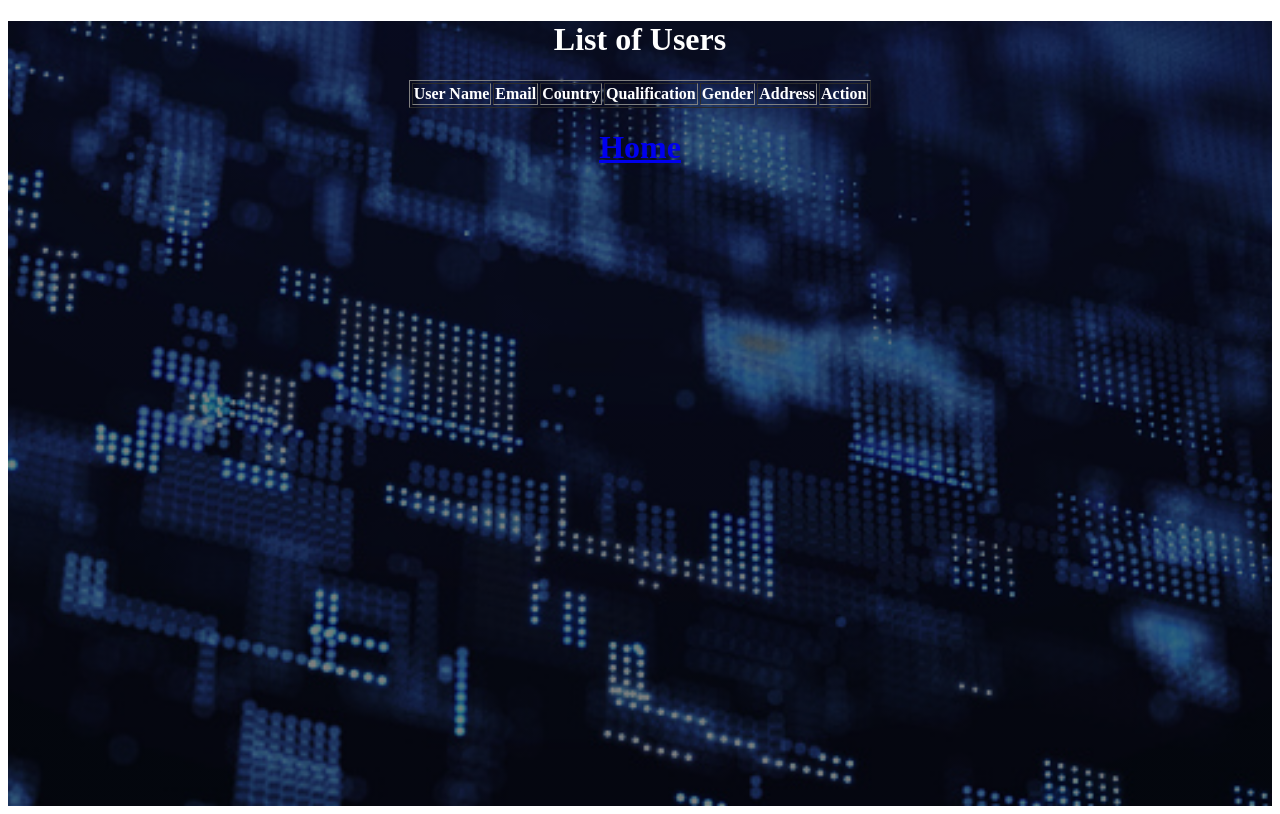
Repository: sainath0323/Website-design-using-J2EE
Page: http://localhost/AdvanceJavaApplication/viewsuccess.jsp
The author's editor kept a copy of each file at every save. The page is drawn from the files as they stood at one save, then again after the next save.
The browser window is 1280 px wide. The pictures show the whole page.
The page is served by Tomcat 9.

Above is the page before, as saved 2023-04-28 09:02:03.

After the next save:
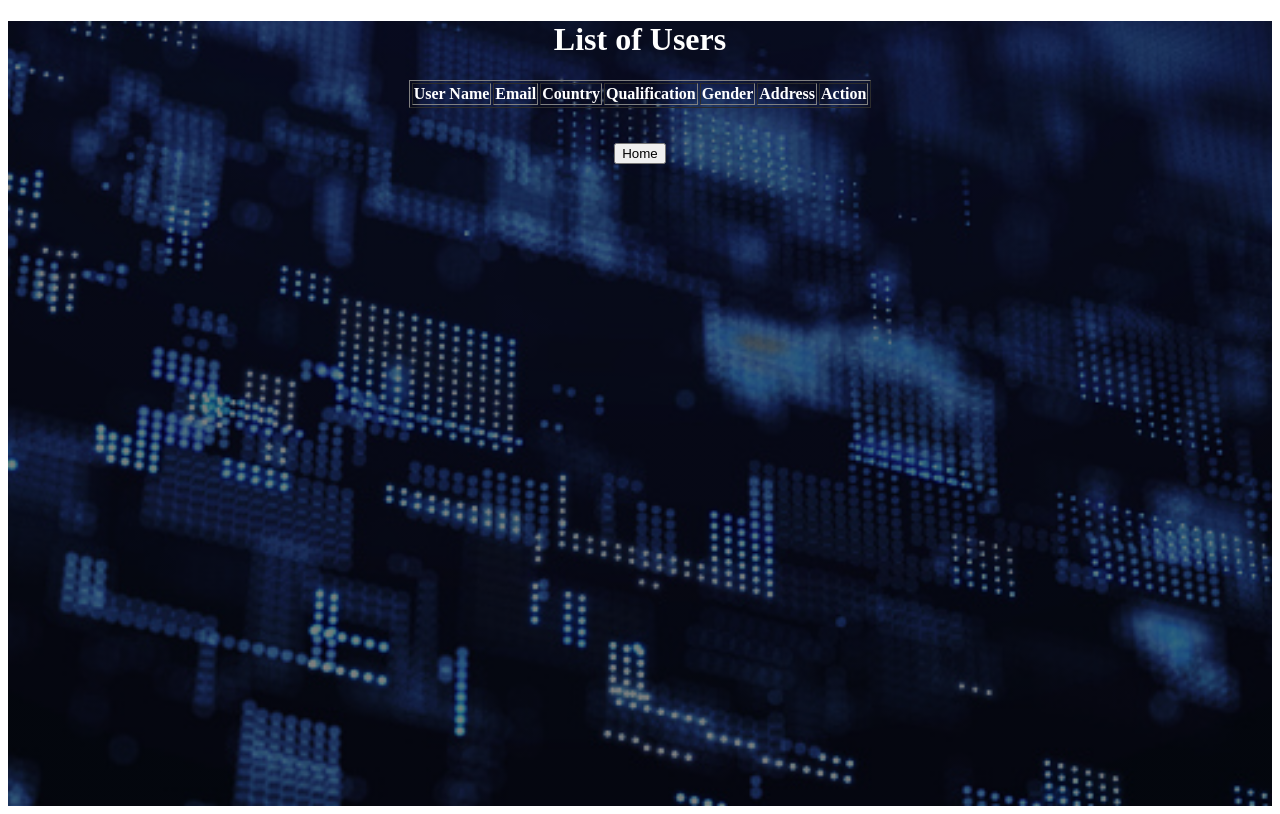
Saved 24 s later.
--- a/AdvanceJavaApplication/src/main/webapp/viewsuccess.jsp
+++ b/AdvanceJavaApplication/src/main/webapp/viewsuccess.jsp
@@ -55,7 +55,7 @@
 </tr>
 </c:forEach>
 </table>
-<h1 style="color: white"><a href="index.html"> Home</a></h1>
+<h1 ><a href="index.html"><button> Home </button></a></h1>
 </div>
 </body>
 </html>
